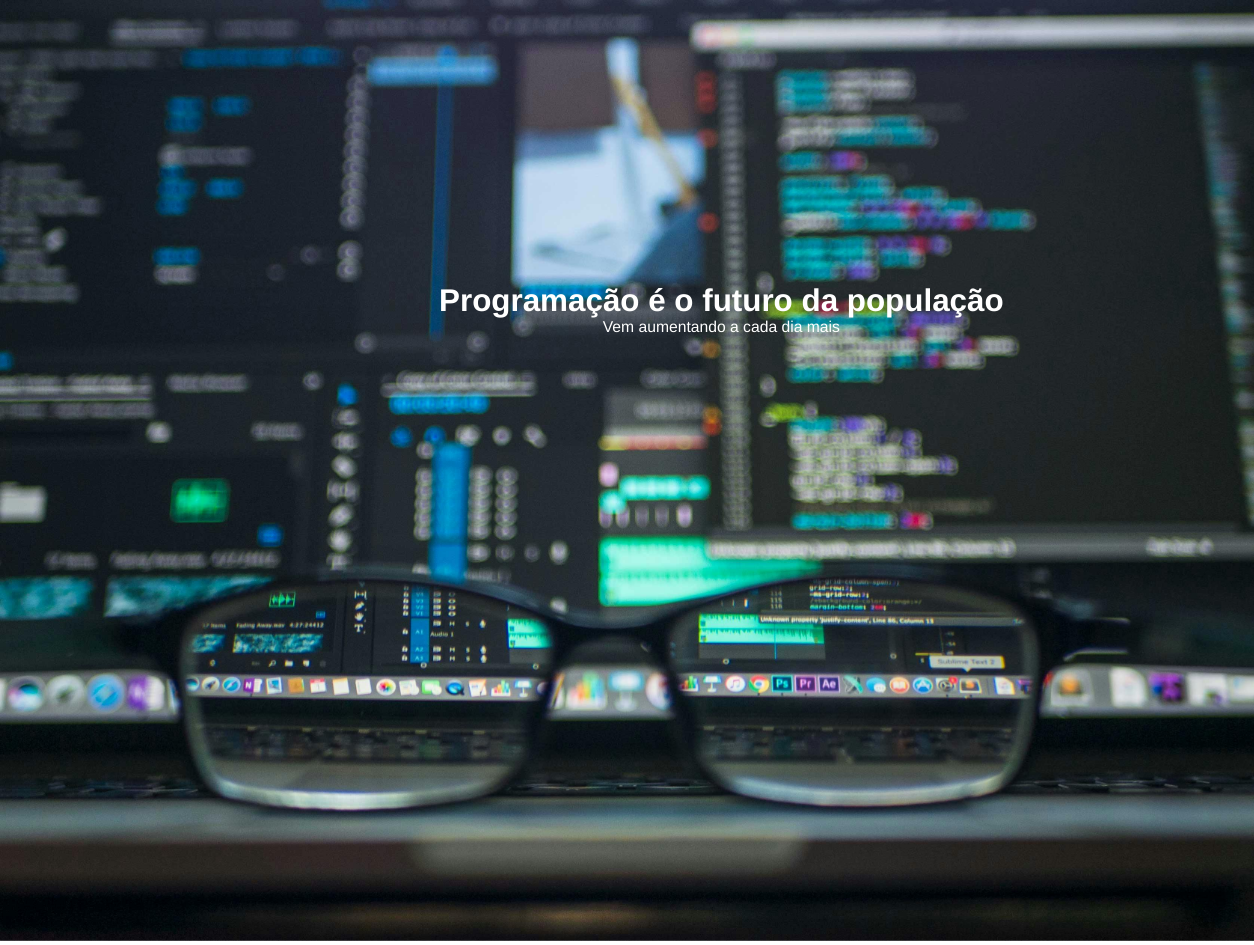
Repository: Caiquedev123/Sites
Page: index.html
The author's editor kept a copy of each file at every save. The page is drawn from the files as they stood at one save, then again after a run of saves.
The browser window is 1280 px wide. The pictures show the whole page, at 98% of full size.

Above is the page before, as saved 2024-07-22 14:24:02.

### index.html
<!DOCTYPE html>
<html lang="en">
<head>
    <meta charset="UTF-8">
    <meta name="viewport" content="width=device-width, initial-scale=1.0">
    <title>Projeto</title>
    <link rel="stylesheet" href="style.css">
    <link rel="stylesheet" href="./reset.css">
</head>
<body>
    <div class="container">
        <h1>Programação é o futuro da população</h1>
        <p>Vem aumentando a cada dia mais</p>
    </div>
    <section class="imagens">
        <img src="./imagem/Progrmação.jpg" alt="programação">
    </section>
</body>
</html>

### style.css
body{background-color: rgb(255, 255, 255);}

.container{
    position: absolute;
    z-index: 1;
    text-align: center;
    left: 35%;
    top: 40%;
    color: white;
    font-family: 'Franklin Gothic Medium', 'Arial Narrow', Arial, sans-serif;
}

img{
    width: 100%;
    object-fit: cover;
    position: relative;
}

Loaded but not shown: reset.css (common file)

After the next 4 saves:
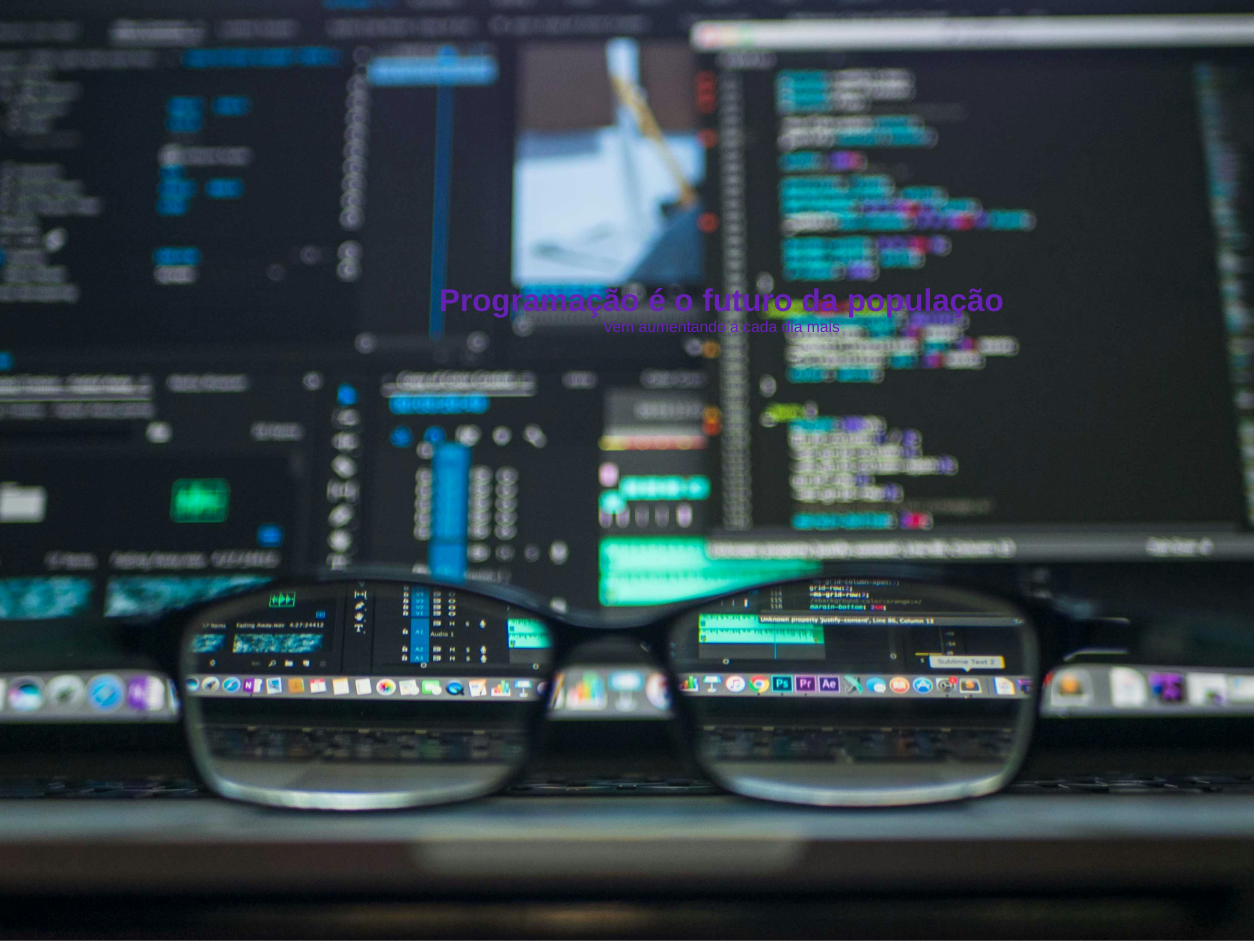
The 4 saves are shown as one change because they came seconds apart.
The last was saved 12 s later.
--- a/style.css
+++ b/style.css
@@ -6,7 +6,7 @@
     text-align: center;
     left: 35%;
     top: 40%;
-    color: white;
+    color: rgb(103, 34, 181);
     font-family: 'Franklin Gothic Medium', 'Arial Narrow', Arial, sans-serif;
 }
 

After the save that followed:
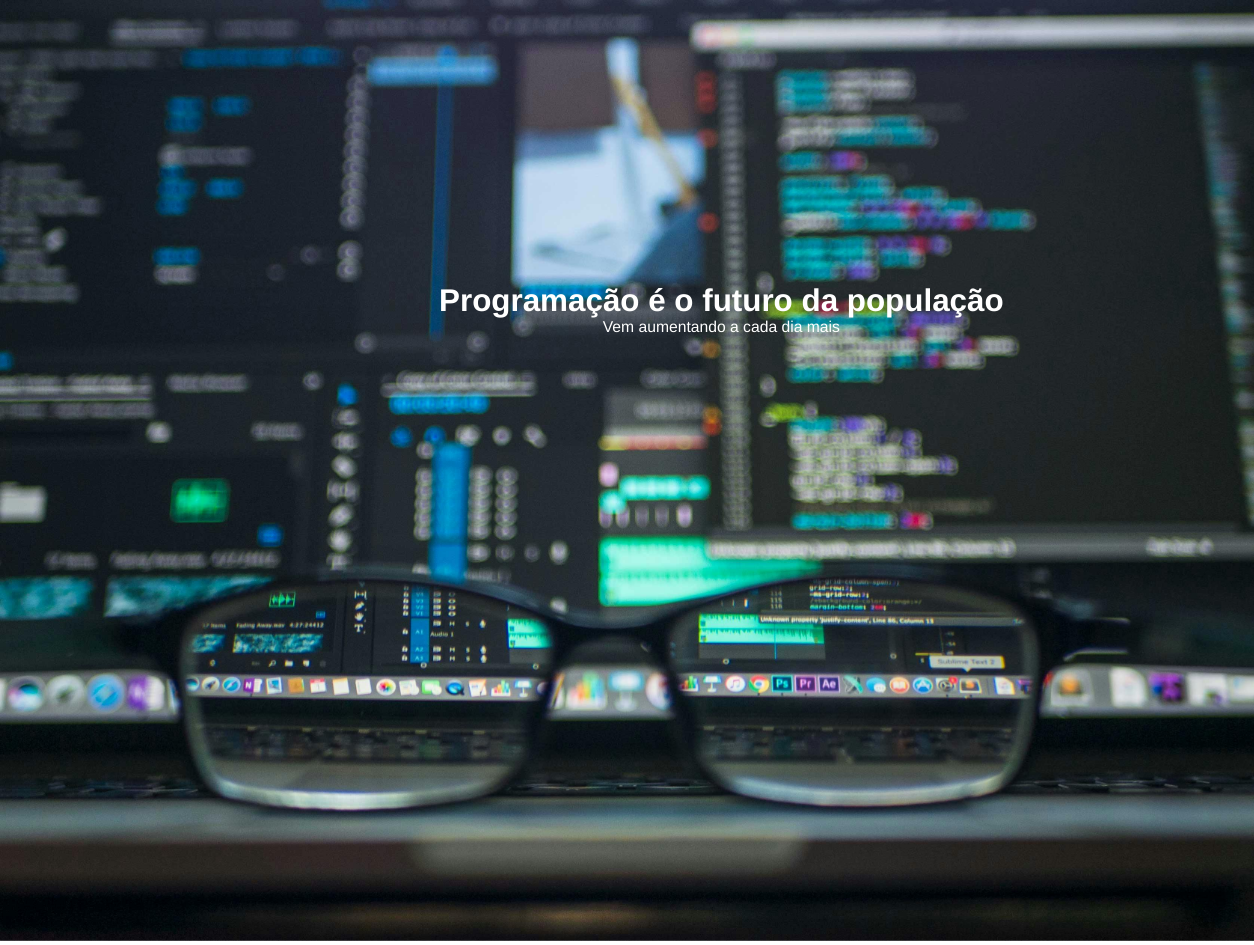
Saved 8 s later.
--- a/style.css
+++ b/style.css
@@ -6,7 +6,7 @@
     text-align: center;
     left: 35%;
     top: 40%;
-    color: rgb(103, 34, 181);
+    color: rgb(255, 255, 255);
     font-family: 'Franklin Gothic Medium', 'Arial Narrow', Arial, sans-serif;
 }
 
